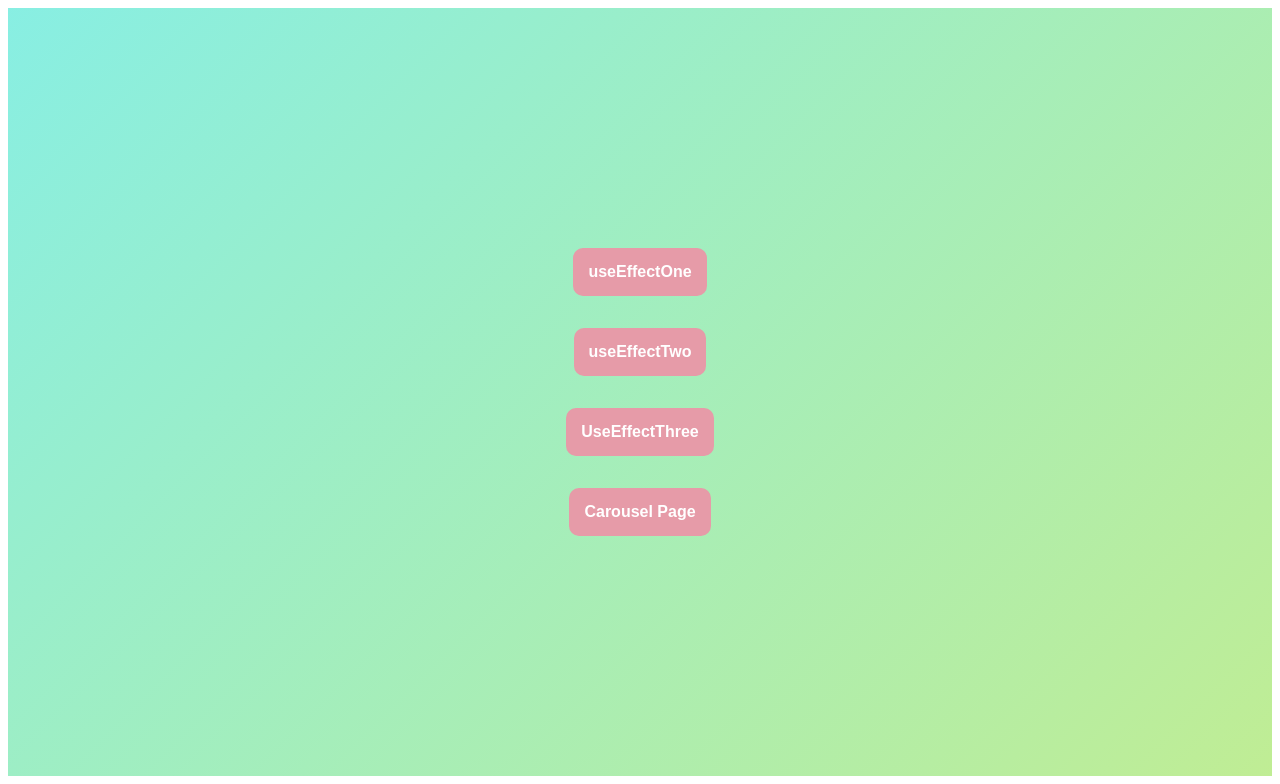
Repository: jjennbui/class8
Page: /
The author's editor kept a copy of each file at every save. The page is drawn from the files as they stood at one save, then again after the next save.
The browser window is 1280 px wide. The pictures show the whole page.
The project was rebuilt for these pictures with package versions that can differ from the ones it lists, and the page was loaded fresh each time. The framework's server and built-in components were replaced by stand-ins that run in the browser. Also part of the build but not shown: next.config.js.

Above is the page before, as saved 2023-02-20 17:45:24.

### pages/index.js
import Head from 'next/head'
import styles from '@/styles/Home.module.css'
import Link from 'next/link'


export default function Home() {
  return (
    <>
      <Head>
        <title>Create Next App</title>
        <meta name="description" content="Generated by create next app" />
        <meta name="viewport" content="width=device-width, initial-scale=1" />
        <link rel="icon" href="/favicon.ico" />
      </Head>

      <main className={styles.main}>
        <Link href="/useEffectOne" className={styles.text}>useEffectOne</Link>
        <Link href="/useEffectTwo" className={styles.text}>useEffectTwo</Link>
        <Link href="/useEffectThree" className={styles.text}>UseEffectThree</Link>
        <Link href="/carouselPage" className={styles.text}>Carousel Page</Link>
      </main>
    </>
  )
}

### styles/globals.css
:root {

}

### styles/Home.module.css
.main {

  display: flex;
  flex-direction: column;
  justify-content: space-between;
  align-items: center;
  padding: 15rem;
  min-height: 40vh;
  background: linear-gradient(-45deg, #ffeb3b, #74efff, #9c27b0);
  background-size: 500% 500%;
  animation: gradient-bg 20s ease infinite;


}

@keyframes gradient-bg {
  0% {
    background-position: 0% 50%;
  }
  50% {
    background-position: 100% 50%;
  }
  100% {
    background-position: 0% 50%;
  }
  }

.text{
  color: white;
  text-decoration: none;
  font-family: Arial, Helvetica, sans-serif;
  font-weight: bold;
  background-color: rgb(230, 155, 168);
  padding: 15px;
  border-radius: 10px;

}

Loaded but not shown: pages/_app.js (common file); pages/_document.js (common file)

After the next save:
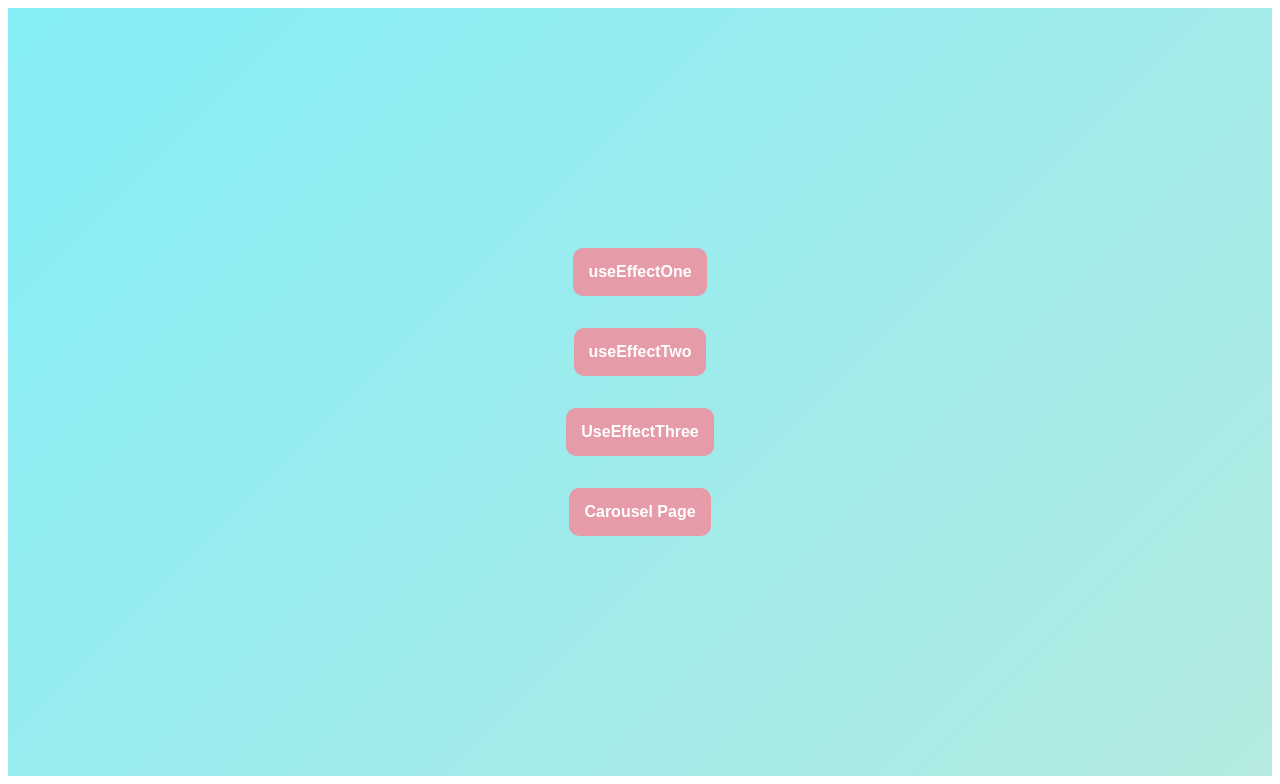
Saved 8 s later.
--- a/styles/Home.module.css
+++ b/styles/Home.module.css
@@ -6,7 +6,7 @@
   align-items: center;
   padding: 15rem;
   min-height: 40vh;
-  background: linear-gradient(-45deg, #ffeb3b, #74efff, #9c27b0);
+  background: linear-gradient(-45deg, #eae6c8, #74efff, #9c27b0);
   background-size: 500% 500%;
   animation: gradient-bg 20s ease infinite;
 
